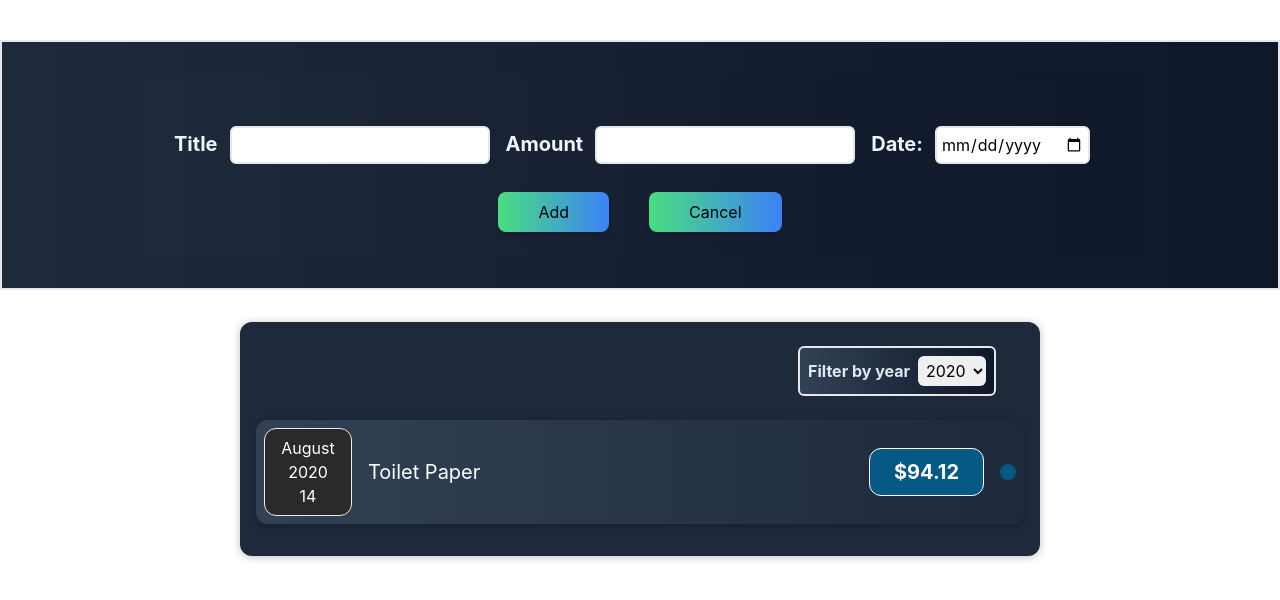
Repository: Sef24/expense-tracker
Page: /, after clicking the first element matching `button.flex`
These files come from the project's save history. The page is drawn as it stood at one moment and after the next save; the edit follows.
The browser window is 1280 px wide. The pictures show the whole page.
The project was rebuilt for these pictures with package versions that can differ from the ones it lists, and the page was loaded fresh each time. Also part of the build but not shown: src/components/NewExpense/NewExpense.css, src/components/NewExpense/ExpenseForm.css.

Above is the page before, as saved 2022-05-03 19:05:27.

After the next save:
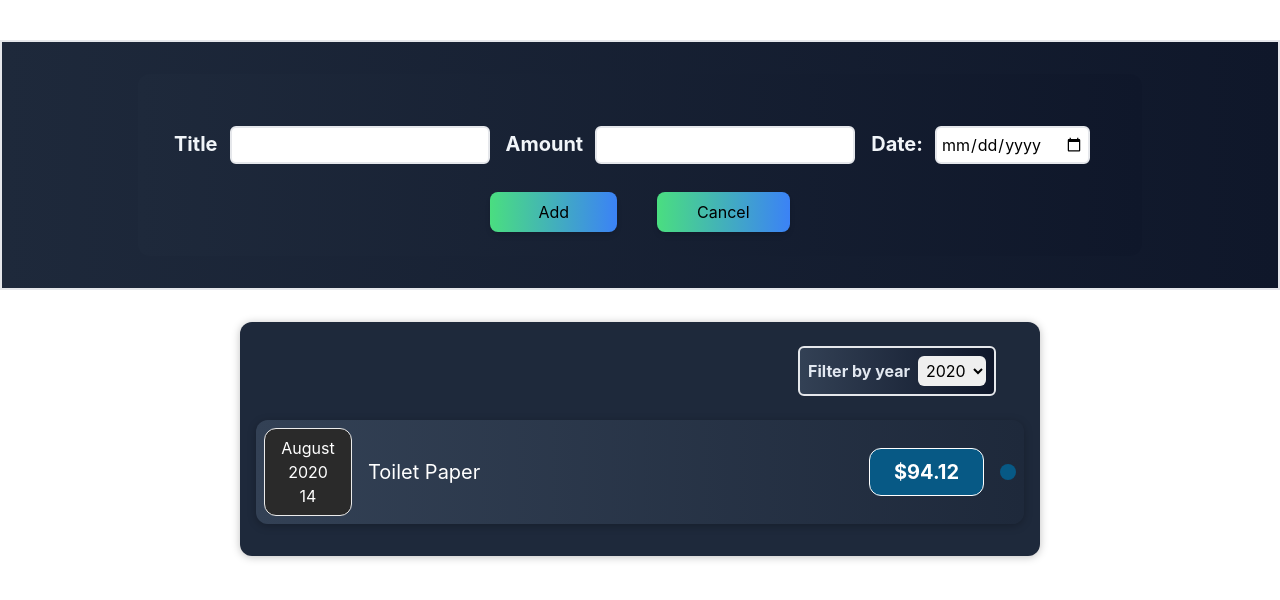
Saved 6 s later.
--- a/src/components/NewExpense/ExpenseForm.js
+++ b/src/components/NewExpense/ExpenseForm.js
@@ -67,7 +67,7 @@ function ExpenseForm(props) {
       <div className="flex flex-grow space-x-10 items-center justify-center ">
         <button
           type="submit"
-          className="p-2 mt-4 px-10 border-3 border-solid rounded-lg shadow-md
+          className="p-2 mt-4 px-12 border-3 border-solid rounded-lg shadow-md
           bg-gradient-to-r from-green-400 to-blue-500
           hover:from-pink-500 hover:to-yellow-500 ...
           active:opacity-75"
